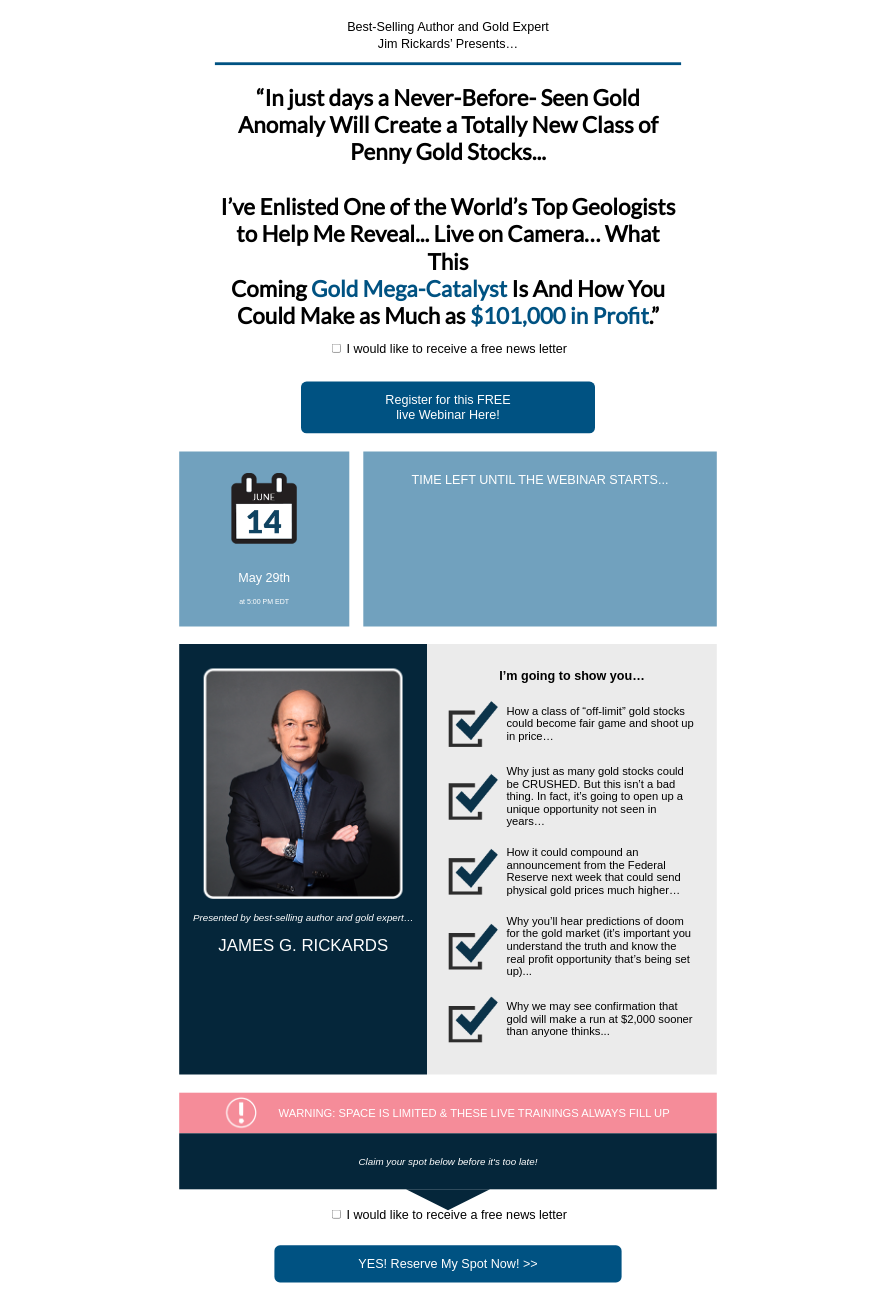
Repository: KrystellBarraza/Test
Page: index.html
An editor plug-in stored every save of this project. The page is shown before and after the next save, followed by the edit.
The browser window is 1280 px wide. The pictures show the whole page, at 70% of full size.

Above is the page before, as saved 2019-10-07 13:26:59.

After the next save:
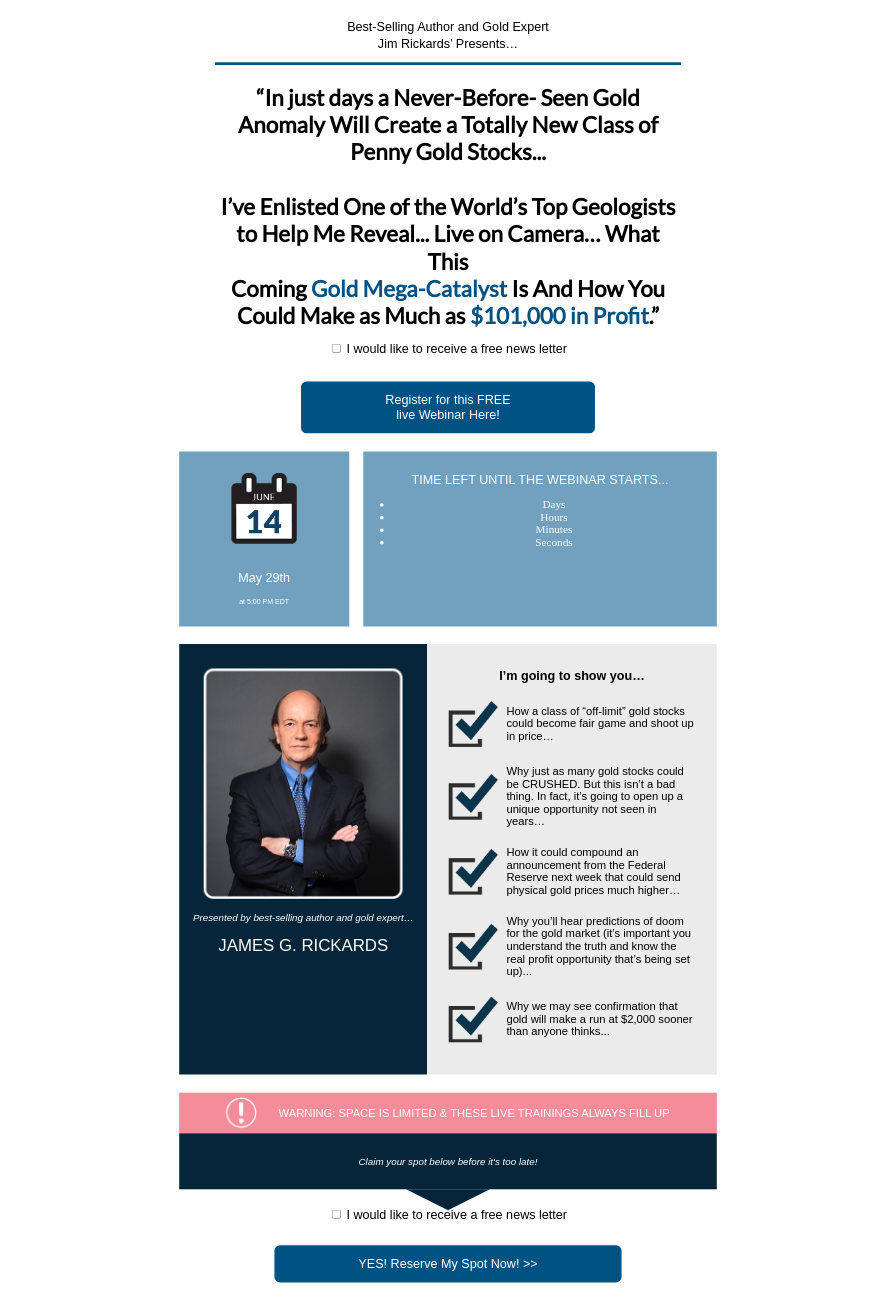
Saved 2 min 45 s later.
--- a/index.html
+++ b/index.html
@@ -55,7 +55,12 @@
 
             <div class="blocks blocks-right">
                 <p style="color: #fff;" class="webinar">TIME LEFT UNTIL THE WEBINAR STARTS...</p>
-                <p id="timer"></p>
+                <ul>
+                    <li><span id="days"></span>Days</li>
+                    <li><span id="hours"></span>Hours</li>
+                    <li><span id="minutes"></span>Minutes</li>
+                    <li><span id="seconds"></span>Seconds</li>
+                </ul>
             </div>
         </div>
 
